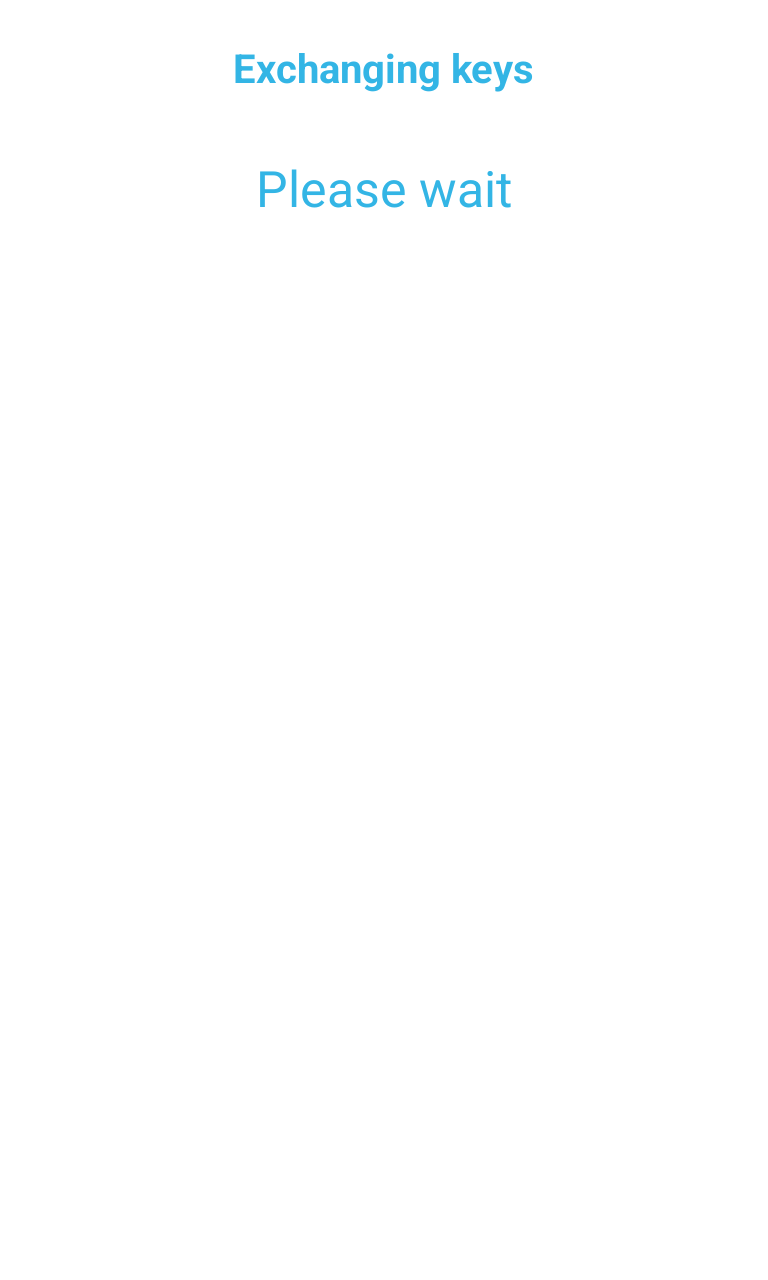
Repository: fareehaamjad/SMI-final
Layout: SecureMobileIdentity/res/layout/sms_activity.xml
The author's editor kept a copy of each file at every save. The layout is drawn from the files as they stood at one save, then again after the next save.
It is drawn on a 768 x 1280 px phone screen (xhdpi) without system bars, with theme AppTheme; the app's code is not run. Lists and similar views that code fills are empty. The app's manifest (not shown) leaves right-to-left support off. So textAlignment, textDirection and layoutDirection are ignored, and left and right values win over start and end ones.

Above is the layout before, as saved 2015-08-19 15:16:15.

### SecureMobileIdentity/res/layout/sms_activity.xml
<RelativeLayout xmlns:android="http://schemas.android.com/apk/res/android"
    xmlns:tools="http://schemas.android.com/tools"
    android:layout_width="fill_parent"
    android:layout_height="fill_parent"
    android:background="#ffffff"
    android:orientation="vertical" >

    <LinearLayout
        android:id="@+id/ll_top"
        android:layout_width="fill_parent"
        android:layout_height="wrap_content"
        android:layout_above="@+id/ll_bottom"
        android:layout_alignParentTop="true"
        android:orientation="vertical"
        android:visibility="gone" >

        <RelativeLayout
            android:layout_width="fill_parent"
            android:layout_height="wrap_content"
            android:background="#33B5E5"
            android:orientation="horizontal"
            android:paddingBottom="10dp"
            android:paddingLeft="5dp"
            android:paddingTop="10dp" >

            <TextView
                android:layout_width="wrap_content"
                android:layout_height="wrap_content"
                android:layout_alignParentLeft="true"
                android:layout_weight="1"
                android:clickable="true"
                android:drawableLeft="@drawable/ic_arrow_back_white_24dp"
                android:onClick="goBack"
                android:text="Back"
                android:textColor="#ffffff"
                android:textSize="15dp"
                android:textStyle="bold" />

            <TextView
                android:id="@+id/tv_name"
                android:layout_width="wrap_content"
                android:layout_height="wrap_content"
                android:layout_centerHorizontal="true"
                android:layout_weight="1"
                android:text="Fareeha Amjad"
                android:textColor="#ffffff"
                android:textSize="15dp"
                android:textStyle="bold" />
        </RelativeLayout>

        <View
            android:layout_width="match_parent"
            android:layout_height="10dp" />
        <!-- Editext for Search -->

        <LinearLayout
            android:layout_width="fill_parent"
            android:layout_height="wrap_content"
            android:orientation="vertical"
            android:paddingBottom="10dp"
            android:paddingLeft="5dp"
            android:paddingRight="5dp" >

            <ListView
                android:id="@+id/lv_list_view"
                android:layout_width="fill_parent"
                android:layout_height="wrap_content"
                android:layout_alignParentTop="true"
                android:dividerHeight="0dp"
                android:stackFromBottom="true"
                android:transcriptMode="alwaysScroll" />

            <!-- List View -->
        </LinearLayout>
    </LinearLayout>

    <LinearLayout
        android:id="@+id/ll_displayTextFail"
        android:layout_width="fill_parent"
        android:layout_height="fill_parent"
        android:layout_alignParentTop="true"
        android:background="#33B5E5"
        android:orientation="vertical"
        android:paddingLeft="10dp"
        android:paddingRight="10dp"
        android:paddingTop="0dp"
        android:textAlignment="center"
        android:visibility="gone" >

        <TextView
            android:layout_width="wrap_content"
            android:layout_height="wrap_content"
            android:layout_gravity="center_vertical|center"
            android:text="\n\n\nSomething went wrong while exchanging keys. Your keys did not match.\n\nTry again later!"
            android:textAppearance="?android:attr/textAppearanceLarge"
            android:textColor="#ffffff" />
    </LinearLayout>

    <LinearLayout
        android:id="@+id/ll_bottom"
        android:layout_width="fill_parent"
        android:layout_height="wrap_content"
        android:layout_alignParentBottom="true"
        android:background="#F2F2F2"
        android:paddingBottom="10dp"
        android:paddingLeft="5dp"
        android:paddingRight="5dp"
        android:paddingTop="10dp"

        android:visibility="gone" >

        <EditText
            android:id="@+id/et_text"
            android:layout_width="wrap_content"
            android:layout_height="wrap_content"
            android:layout_weight="1"
            android:background="#ffffff"
            android:clickable="false"
            android:ems="10"
            android:hint="Enter Message"
            android:inputType="textMultiLine"
            android:lines="4"
            android:scrollbars="vertical" >

            <requestFocus />
        </EditText>

        <Button
            android:id="@+id/button_send"
            style="?android:attr/buttonStyleSmall"
            android:layout_width="wrap_content"
            android:layout_height="wrap_content"
            android:layout_gravity="center"
            android:layout_weight="1"
            android:onClick="sendMsg"
            android:text="Send" />
    </LinearLayout>

    <LinearLayout
        android:id="@+id/linlaHeaderProgress"
        android:layout_width="fill_parent"
        android:layout_height="fill_parent"
        android:orientation="vertical"
        android:paddingLeft="10dp"
        android:paddingRight="10dp"
        android:paddingTop="20dp"
        android:visibility="gone" >

        <TextView
            android:layout_width="wrap_content"
            android:layout_height="wrap_content"
            android:layout_gravity="center_horizontal"
            android:text="Exchanging keys"
            android:textColor="#33B5E5"
            android:textSize="20dp"
            android:textStyle="bold" />

        <TextView
            android:layout_width="wrap_content"
            android:layout_height="wrap_content"
            android:layout_gravity="center_horizontal"
            android:layout_marginTop="20dp"
            android:paddingTop="10dp"
            android:text="Please wait"
            android:textColor="#33B5E5"
            android:textSize="25sp" />

        <View
            android:layout_width="fill_parent"
            android:layout_height="40dp" />

        <ProgressBar
            android:id="@+id/pbHeaderProgress"
            style="?android:attr/progressBarStyleLarge"
            android:layout_width="wrap_content"
            android:layout_height="wrap_content"
            android:layout_gravity="center"
            android:layout_weight="1" />
    </LinearLayout>


    <LinearLayout
        android:id="@+id/ll_timeOut"
        android:layout_width="fill_parent"
        android:layout_height="fill_parent"
        android:orientation="vertical"
        android:paddingLeft="10dp"
        android:paddingRight="10dp"
        android:paddingTop="20dp"
        android:visibility="visible" >

        <TextView
            android:layout_width="wrap_content"
            android:layout_height="wrap_content"
            android:layout_gravity="center_horizontal"
            android:text="Exchanging keys"
            android:textColor="#33B5E5"
            android:textSize="20dp"
            android:textStyle="bold" />

        <TextView
            android:layout_width="wrap_content"
            android:layout_height="wrap_content"
            android:layout_gravity="center_horizontal"
            android:layout_marginTop="20dp"
            android:paddingTop="10dp"
            android:text="Please wait"
            android:textColor="#33B5E5"
            android:textSize="25sp" />

        <View
            android:layout_width="fill_parent"
            android:layout_height="40dp" />

    </LinearLayout>

</RelativeLayout>

### SecureMobileIdentity/res/values/styles.xml
<resources>

    <!--
        Base application theme, dependent on API level. This theme is replaced
        by AppBaseTheme from res/values-vXX/styles.xml on newer devices.

    -->
    <style name="AppBaseTheme" parent="Theme.AppCompat.Light">
        <!--
            Theme customizations available in newer API levels can go in
            res/values-vXX/styles.xml, while customizations related to
            backward-compatibility can go here.

        -->
    </style>

    <!-- Application theme. -->
    <style name="AppTheme" parent="AppBaseTheme">
        <!-- All customizations that are NOT specific to a particular API-level can go here. -->
    </style>

    <style name="chat_text_message_style">
        <item name="android:layout_width">wrap_content</item>
        <item name="android:layout_height">wrap_content</item>
        <item name="android:paddingTop">5dp</item>
        <item name="android:paddingBottom">5dp</item>
        <item name="android:paddingLeft">8dp</item>
        <item name="android:paddingRight">8dp</item>
        <item name="android:textSize">16sp</item>
        <item name="android:textColor">@android:color/black</item>
    </style>

    <style name="chat_timings">
        <item name="android:layout_width">wrap_content</item>
        <item name="android:layout_height">wrap_content</item>
        <item name="android:textSize">12sp</item>
    </style>

</resources>

Loaded but not shown: SecureMobileIdentity/res/values-v11/styles.xml (common file); SecureMobileIdentity/res/values-v14/styles.xml (common file)

After the next save:
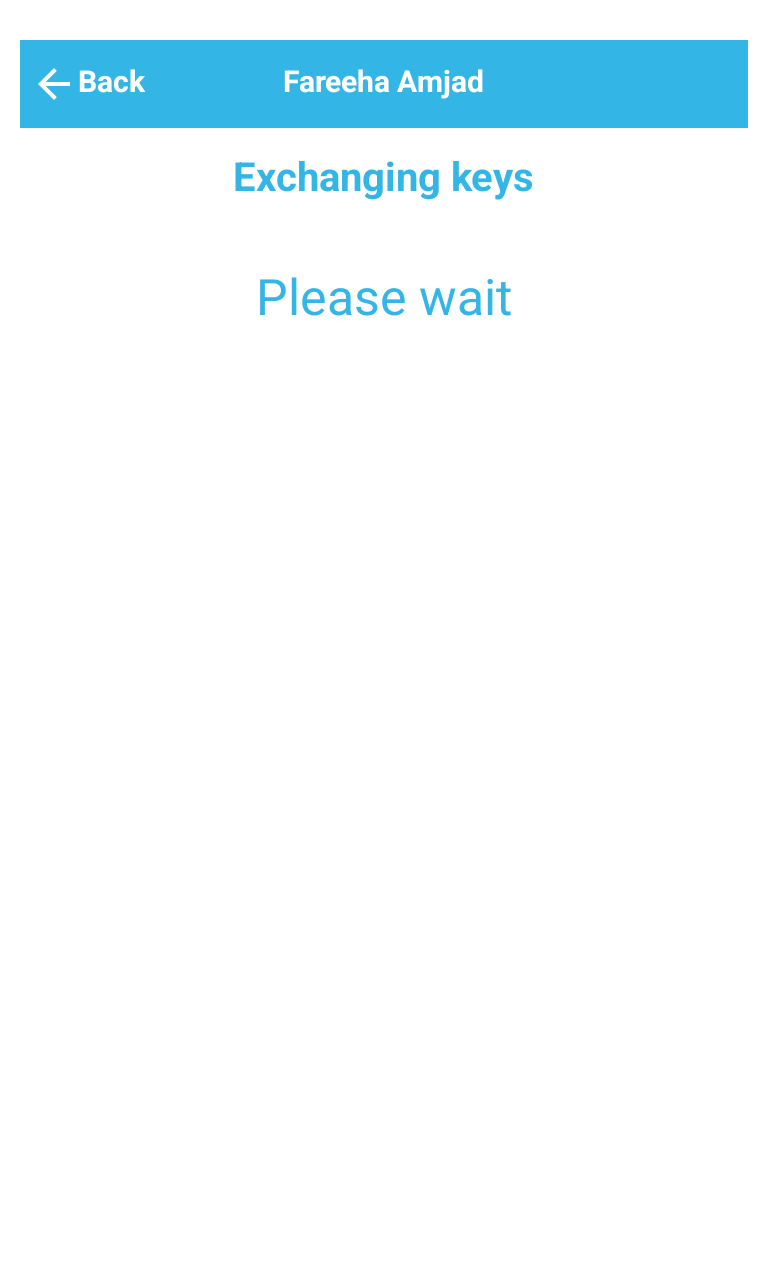
Saved 61 s later.
--- a/SecureMobileIdentity/res/layout/sms_activity.xml
+++ b/SecureMobileIdentity/res/layout/sms_activity.xml
@@ -189,6 +189,45 @@
         android:paddingTop="20dp"
         android:visibility="visible" >
 
+        <RelativeLayout
+            android:layout_width="fill_parent"
+            android:layout_height="wrap_content"
+            android:background="#33B5E5"
+            android:orientation="horizontal"
+            android:paddingBottom="10dp"
+            android:paddingLeft="5dp"
+            android:paddingTop="10dp" >
+
+            <TextView
+                android:layout_width="wrap_content"
+                android:layout_height="wrap_content"
+                android:layout_alignParentLeft="true"
+                android:layout_weight="1"
+                android:clickable="true"
+                android:drawableLeft="@drawable/ic_arrow_back_white_24dp"
+                android:onClick="goBack"
+                android:text="Back"
+                android:textColor="#ffffff"
+                android:textSize="15dp"
+                android:textStyle="bold" />
+
+            <TextView
+                android:id="@+id/tv_name"
+                android:layout_width="wrap_content"
+                android:layout_height="wrap_content"
+                android:layout_centerHorizontal="true"
+                android:layout_weight="1"
+                android:text="Fareeha Amjad"
+                android:textColor="#ffffff"
+                android:textSize="15dp"
+                android:textStyle="bold" />
+        </RelativeLayout>
+
+        <View
+            android:layout_width="match_parent"
+            android:layout_height="10dp" />
+
+
         <TextView
             android:layout_width="wrap_content"
             android:layout_height="wrap_content"
